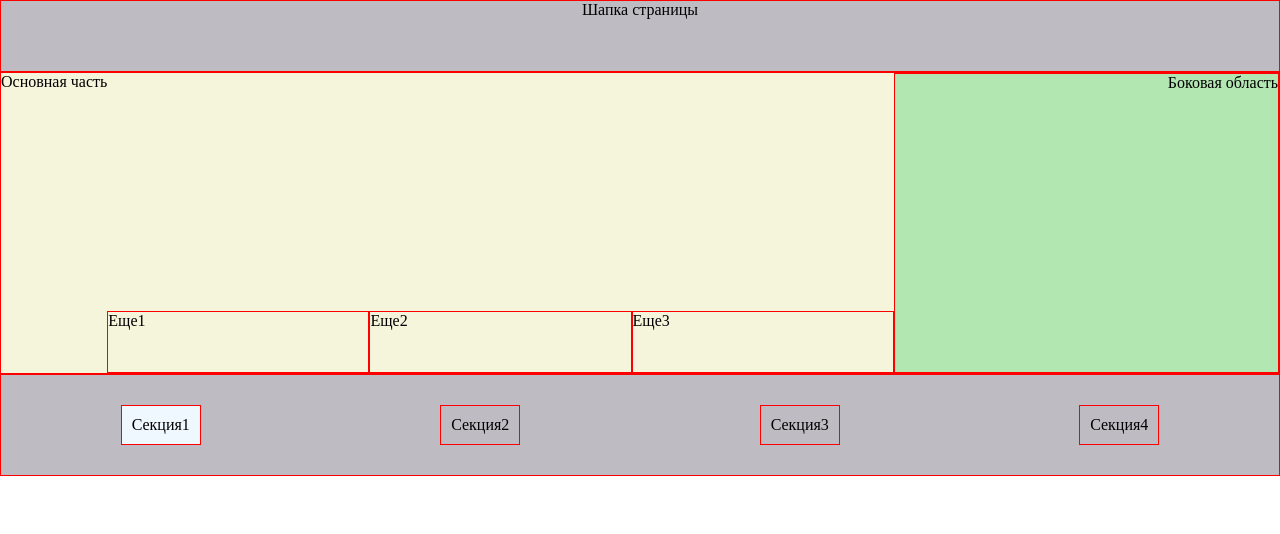
Repository: IrinaGetmanenko/week5
Page: week5/index.html
The author's editor kept a copy of each file at every save. The page is drawn from the files as they stood at one save, then again after the next save.
The browser window is 1280 px wide. The pictures show the whole page.

Above is the page before, as saved 2022-08-28 19:59:16.

### week5/index.html
<!DOCTYPE html>
<html lang="en">
<head>
    <meta charset="UTF-8">
    <meta http-equiv="X-UA-Compatible" content="IE=edge">
    <meta name="viewport" content="width=device-width, initial-scale=1.0">
    <link rel="stylesheet" href="normalize.css">
    <title>Document</title>
    <style>
    .container{
        display: flex;
        justify-content: center;
        flex-wrap: wrap;

    }

    .h1{
        display: flex;
        justify-content: center;
        border: 1px solid red;
        height: 70px;
        background-color: #bfbbc3;
    }

    .container-2{
        display: flex;
        justify-content: center;
        border: 1px solid red;
        background-color: beige;
        height: 300px;
        flex-wrap: wrap;

    }
    .section1{
        flex: auto;
        border: 1px solid red;
        align-self: flex-end;
        height: 20%;

    }
    .section2{
        flex: auto;
        border: 1px solid red;
        align-self: flex-end;
        height: 20%;
    }

    .section3{
        flex: auto;
        border: 1px solid red;
        align-self: flex-end;
        height: 20%;
    }
    .aside{
        display: flex;
        justify-content: flex-end;
        border: 1px solid red;
        background-color: rgb(178, 231, 178);
        width: 30%;



    }
    .footer{
        display: flex;
        justify-content: space-around;
        border: 1px solid red;
        height: 100px;
        background-color: #bfbbc3;
        flex-wrap: wrap;
    }
.f1{
    border: 1px solid red;
    align-self: center;
    padding: 10px;
    background-color: aliceblue;


}
.f2{
    border: 1px solid red;
    align-self: center;
    padding: 10px;
}
.f3{
    border: 1px solid red;
    align-self: center;
    padding: 10px;
}
.f4{
    border: 1px solid red;
    align-self: center;
    padding: 10px;
}
    </style>
</head>
<body class="container-1">
    <header class="h1" >Шапка страницы</header>

<main>
<main class="container-2">Основная часть
<main class="section1">Eще1</main>
<main class="section2">Еще2</main>
<main class="section3">Еще3</main>
<aside class="aside">Боковая область</aside>
</main>

</main>

<footer class="footer">
       <footer class="f1">Секция1</footer>
       <footer class="f2">Секция2</footer>
       <footer class="f3">Секция3</footer>
       <footer class="f4">Секция4</footer>
</footer>

</body>
</html>

Loaded but not shown: week5/normalize.css (library)

After the next save:
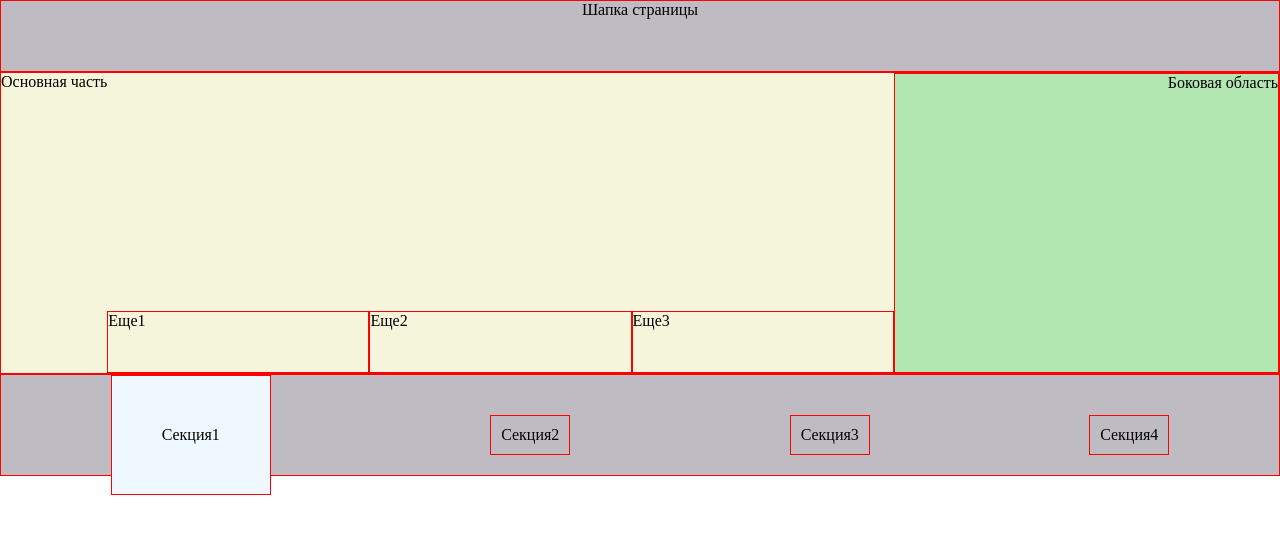
Saved 19 s later.
--- a/week5/index.html
+++ b/week5/index.html
@@ -72,7 +72,7 @@
 .f1{
     border: 1px solid red;
     align-self: center;
-    padding: 10px;
+    padding: 50px;
     background-color: aliceblue;
 
 
